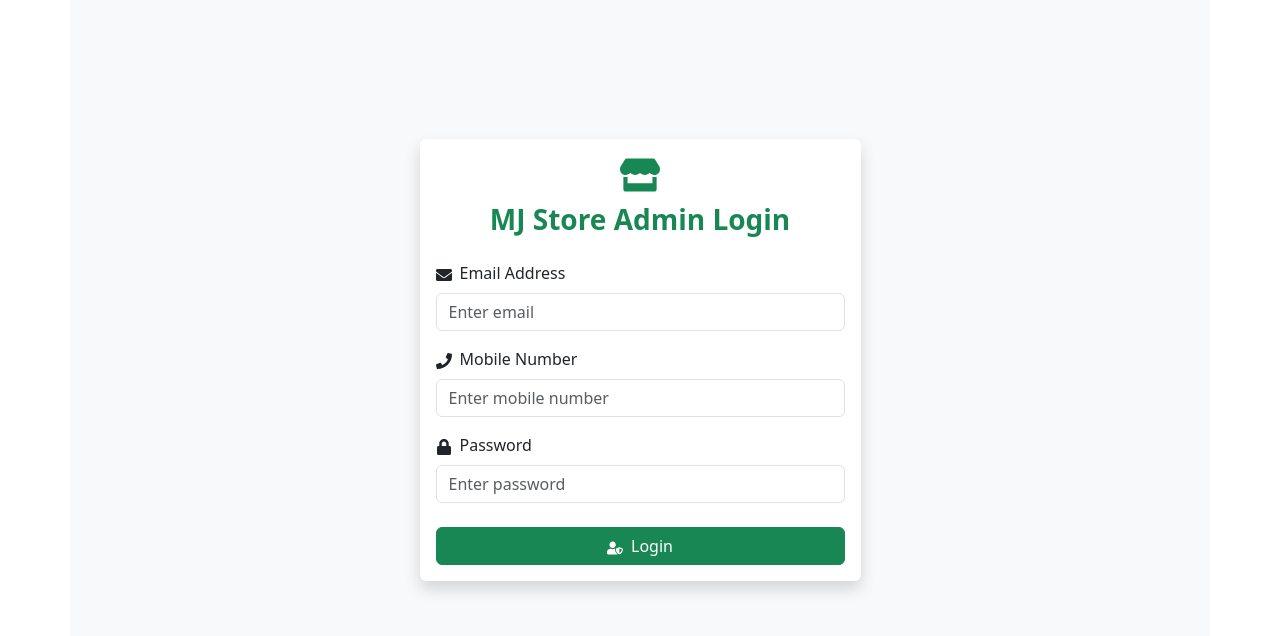
Repository: Jamil326/mjstore_dashboard
Page: / (app in mjstore_dashboard/)
The author's editor kept a copy of each file at every save. The page is drawn from the files as they stood at one save, then again after the next save.
The browser window is 1280 px wide. The pictures show the whole page.
The project was rebuilt for these pictures with package versions that can differ from the ones it lists, and the page was loaded fresh each time. Also part of the build but not shown: mjstore_dashboard/vite.config.js, mjstore_dashboard/src/pages/SignupPage.jsx, mjstore_dashboard/src/pages/DashboardPage.jsx, mjstore_dashboard/src/components/ProductsSearch.jsx, mjstore_dashboard/src/pages/SearchPage.jsx, mjstore_dashboard/src/pages/AdminListPage.jsx, mjstore_dashboard/src/pages/ProductsPage.jsx, mjstore_dashboard/src/pages/UsersPage.jsx and 4 more.

Above is the page before, as saved 2025-07-06 19:31:01.

After the next save:
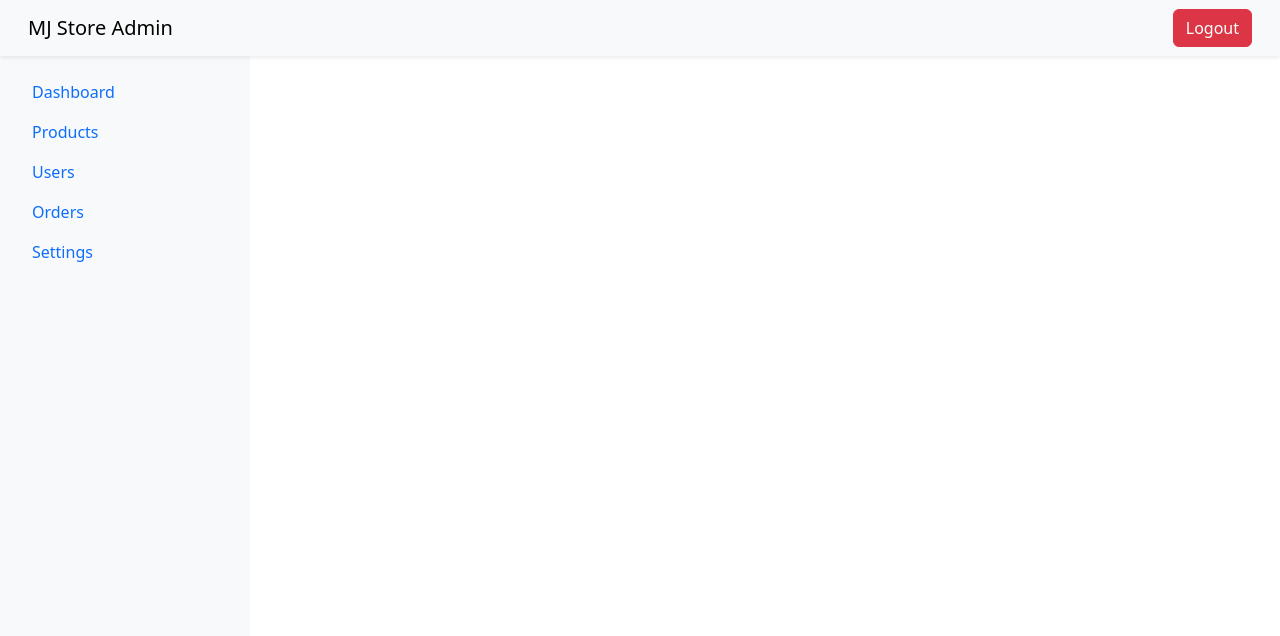
Saved 39 s later.
--- a/mjstore_dashboard/src/App.jsx
+++ b/mjstore_dashboard/src/App.jsx
@@ -29,7 +29,7 @@
     }
   }, []);
 
-  if (!user) {
+  if (user) {
     return (
       <Router>
         <Routes>

After the save that followed:
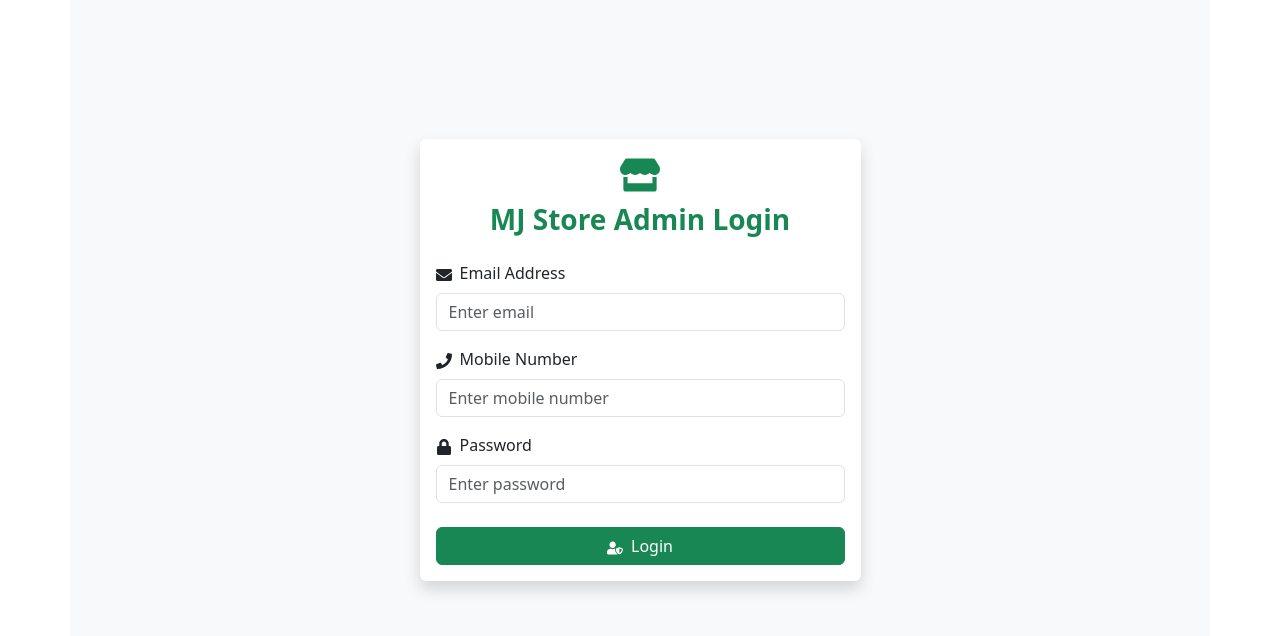
Saved 24 s later.
--- a/mjstore_dashboard/src/App.jsx
+++ b/mjstore_dashboard/src/App.jsx
@@ -29,7 +29,7 @@
     }
   }, []);
 
-  if (user) {
+  if (!user) {
     return (
       <Router>
         <Routes>
